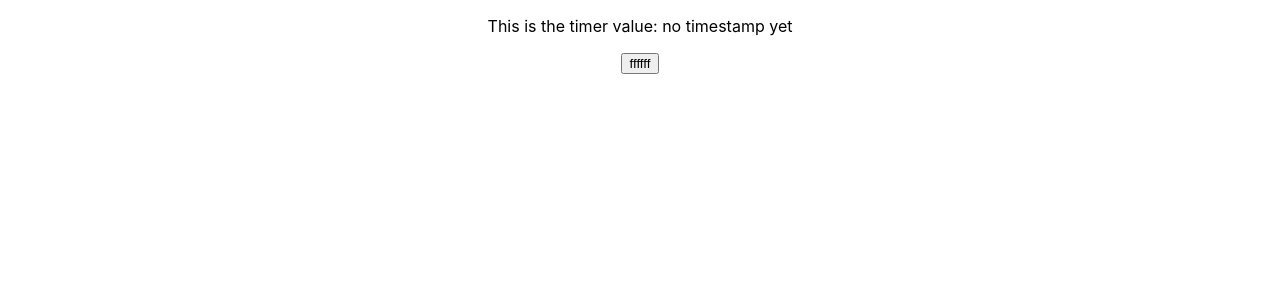
Repository: msmetsservice86/qrinfoproj
Page: /
An editor plug-in stored every save of this project. The page is shown before and after the next save, followed by the edit.
The browser window is 1280 px wide. The pictures show the whole page.
The page's requests for data from a server got no answer. The project was rebuilt for these pictures with package versions that can differ from the ones it lists, and the page was loaded fresh each time. No one was signed in, and anything a server would have sent is missing.

Above is the page before, as saved 2019-11-13 02:22:03.

After the next save:
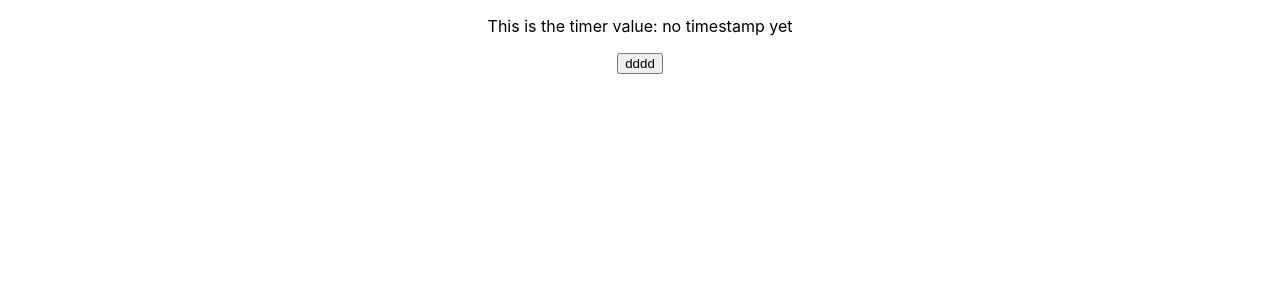
Saved 5 min 5 s later.
--- a/src/App.js
+++ b/src/App.js
@@ -40,6 +40,7 @@ clickEmit() {
         this.subscribeToTimer((err, timestamp) => this.setState({
             timestamp
         }));
+        this.clickEmit = this.clickEmit.bind(this);
     }
 
     state = {
@@ -51,8 +52,10 @@ clickEmit() {
           <p className="App-intro">
               This is the timer value: {this.state.timestamp}
            </p>
-           <p><button onClick = {this.clickEmit()} value="Embêter le serveur" id="poke" >ffffff</button></p>
 
+           <button onClick={this.clickEmit}>
+        {'dddd'}
+      </button>
       </div>
     );
   }
